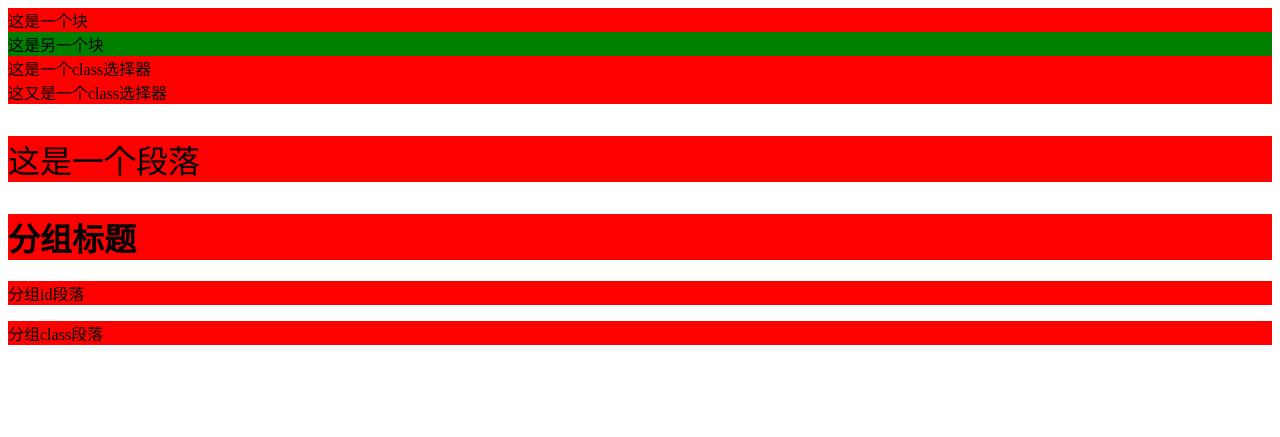
Repository: Germtao/Web
Page: web_css/css_样式表和选择器.html
The author's editor kept a copy of each file at every save. The page is drawn from the files as they stood at one save, then again after the next save.
The browser window is 1280 px wide. The pictures show the whole page.

Above is the page before, as saved 2020-10-28 16:31:08.

### web_css/css_样式表和选择器.html
<!DOCTYPE html>
<html lang="en">

<head>
    <meta charset="UTF-8">
    <meta name="viewport" content="width=device-width, initial-scale=1.0">
    <meta http-equiv="X-UA-Compatible" content="ie=edge">
    <title>css - 样式表和选择器</title>

    <style>
        /* id 选择器 */
        #div1 {
            background: red;
        }

        #div2 {
            background: green;
        }

        /* class 选择器 */
        .box {
            background: red;
        }

        .content {
            font-size: 2em;
        }

        /* 群组选择器 */
        #header,
        #text,
        .title {
            background: red;
        }
    </style>
</head>

<body>
    <!-- id选择器 -->
    <div id="div1">这是一个块</div>
    <div id="div2">这是另一个块</div>

    <!-- class选择器 -->
    <div class="box">这是一个class选择器</div>
    <div class="box">这又是一个class选择器</div>
    <p class="box content">这是一个段落</p>

    <!-- 分组选择器 -->
    <div>
        <h1 id="header">分组标题</h1>
        <p id="text">分组id段落</p>
        <p class="title">分组class段落</p>
    </div>
</body>

</html>

After the next save:
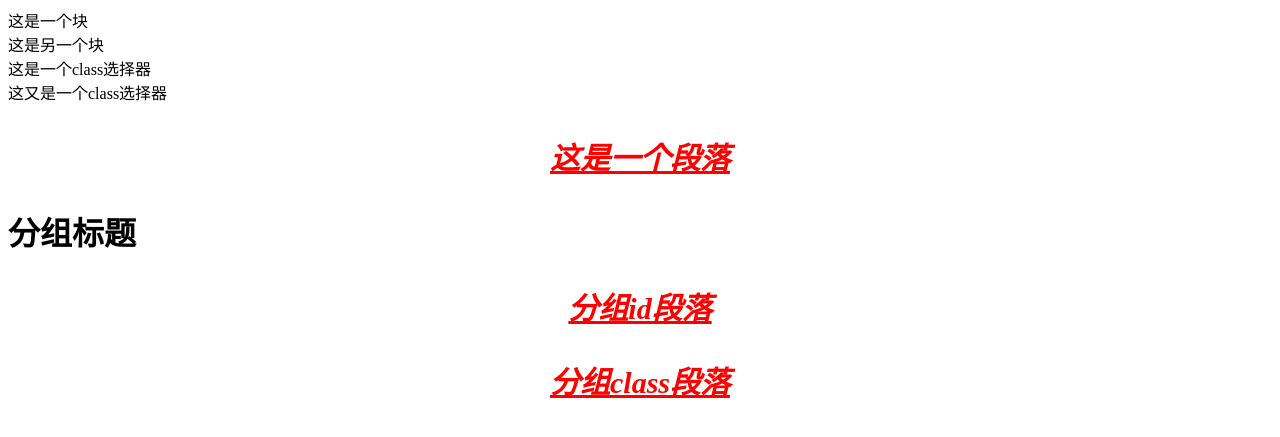
Saved 4 min 7 s later.
--- a/web_css/css_样式表和选择器.html
+++ b/web_css/css_样式表和选择器.html
@@ -8,6 +8,18 @@
     <title>css - 样式表和选择器</title>
 
     <style>
+        p {
+            color: red;
+            font-size: 30px;
+            text-decoration: underline;
+            font-weight: bold;
+            text-align: center;
+            font-style: italic;
+        }
+    </style>
+
+
+    <!-- <style>
         /* id 选择器 */
         #div1 {
             background: red;
@@ -32,7 +44,7 @@
         .title {
             background: red;
         }
-    </style>
+    </style> -->
 </head>
 
 <body>
